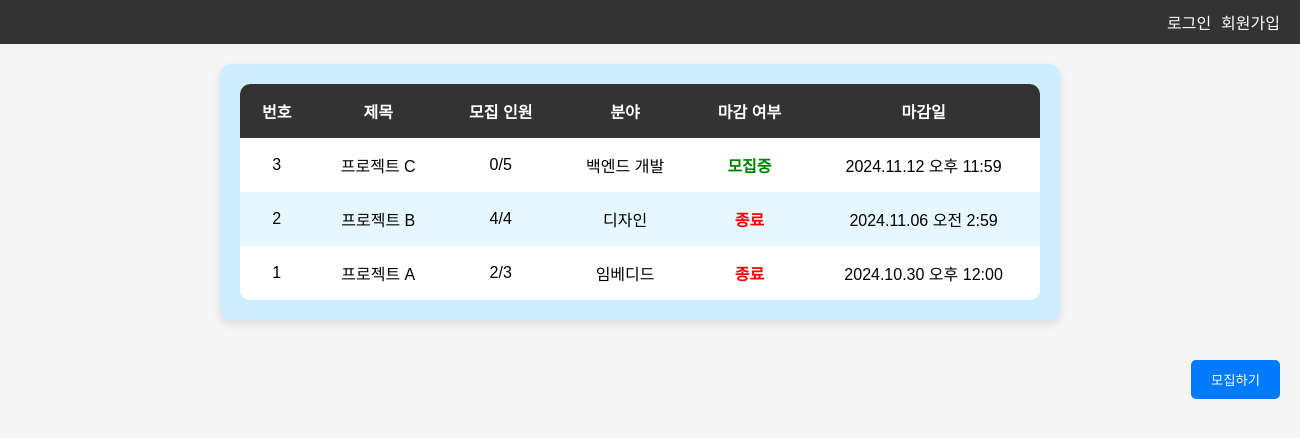
Repository: TUK-WEBSERIVCE/tuk-team-gem
Page: tuk-team-gem/src/main/webapp/main/mainPage.html
The author's editor kept a copy of each file at every save. The page is drawn from the files as they stood at one save, then again after the next save.
The browser window is 1280 px wide. The page is 1300 px wide, so the pictures cover 1300 px, including what lies to the right of the window. The pictures show the whole page.

Above is the page before, as saved 2024-11-13 12:54:46.

### tuk-team-gem/src/main/webapp/main/mainPage.html
<!DOCTYPE html>
<html lang="ko">
<head>
    <meta charset="UTF-8">
    <meta name="viewport" content="width=device-width, initial-scale=1.0">
    <title>모집 목록</title>
    <style>
        body {
            font-family: Arial, sans-serif;
            margin: 0;
            padding: 0;
            background-color: #f5f5f5;
            display: flex;
            flex-direction: column;
            align-items: center;
        }

        header {
            width: 100%;
            display: flex;
            justify-content: flex-end;
            padding: 10px 20px;
            background-color: #333;
            color: white;
        }

        header a {
            color: white;
            text-decoration: none;
            margin-left: 10px;
        }

        .container {
            background-color: #cceeff;
            width: 80%;
            max-width: 800px;
            margin: 20px auto;
            padding: 20px;
            border-radius: 10px;
            box-shadow: 0 4px 8px rgba(0, 0, 0, 0.1);
        }

        table {
            width: 100%;
            border-collapse: collapse;
            background-color: white;
            border-radius: 10px;
            overflow: hidden;
        }

        th, td {
            padding: 15px;
            text-align: center;
        }

        th {
            background-color: #333;
            color: white;
        }

        tr:nth-child(even) {
            background-color: #e6f7ff;
        }

        tr:nth-child(odd) {
            background-color: #ffffff;
        }

        .status-open {
            color: green;
            font-weight: bold;
        }

        .status-closed {
            color: red;
            font-weight: bold;
        }

        .button-container {
            width: 100%;
            display: flex;
            justify-content: flex-end;
            margin-top: 20px;
        }

        .button-container button {
            padding: 10px 20px;
            background-color: #007bff;
            color: white;
            border: none;
            border-radius: 5px;
            cursor: pointer;
        }

        .button-container button:hover {
            background-color: #0056b3;
        }
    </style>
</head>
<body>
    <header>
        <a href="#">로그인</a>
        <a href="#">회원가입</a>
    </header>

    <div class="container">
        <table>
            <thead>
                <tr>
                    <th>번호</th>
                    <th>제목</th>
                    <th>모집 인원</th>
                    <th>분야</th>
                    <th>마감 여부</th>
                    <th>마감일</th>
                </tr>
            </thead>
            <tbody>
                <tr>
                    <td>3</td>
                    <td>프로젝트 C</td>
                    <td>0/5</td>
                    <td>백엔드 개발</td>
                    <td class="status-open">모집중</td>
                    <td>2024.11.12 오후 11:59</td>
                </tr>
                <tr>
                    <td>2</td>
                    <td>프로젝트 B</td>
                    <td>4/4</td>
                    <td>디자인</td>
                    <td class="status-closed">종료</td>
                    <td>2024.11.06 오전 2:59</td>
                </tr>
                <tr>
                    <td>1</td>
                    <td>프로젝트 A</td>
                    <td>2/3</td>
                    <td>임베디드</td>
                    <td class="status-closed">종료</td>
                    <td>2024.10.30 오후 12:00</td>
                </tr>
            </tbody>
        </table>
    </div>

    <div class="button-container">
        <button>모집하기</button>
    </div>
</body>
</html>

After the next save:
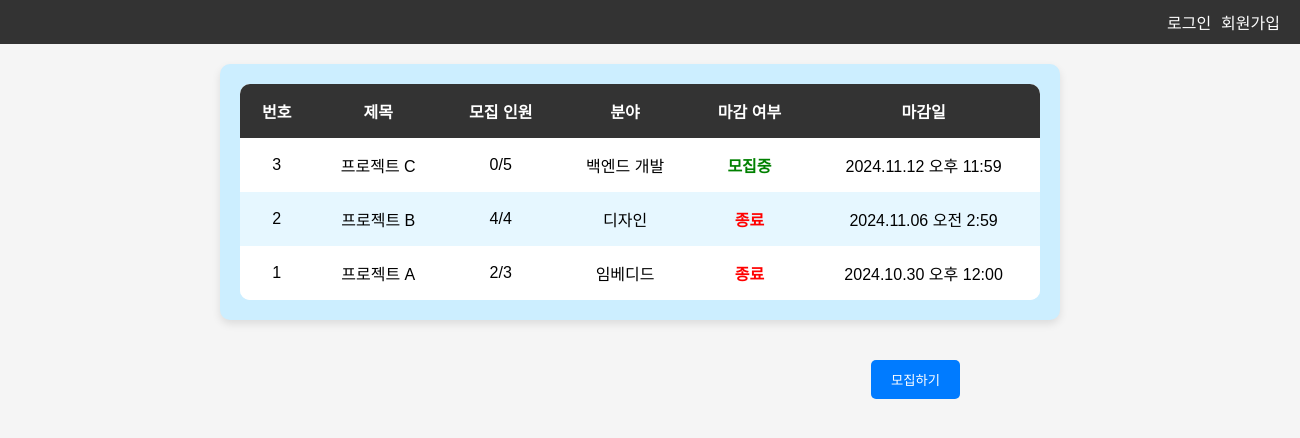
Saved 41 s later.
--- a/tuk-team-gem/src/main/webapp/main/mainPage.html
+++ b/tuk-team-gem/src/main/webapp/main/mainPage.html
@@ -81,6 +81,7 @@
             display: flex;
             justify-content: flex-end;
             margin-top: 20px;
+            margin-right: 50%;
         }
 
         .button-container button {

After the save that followed:
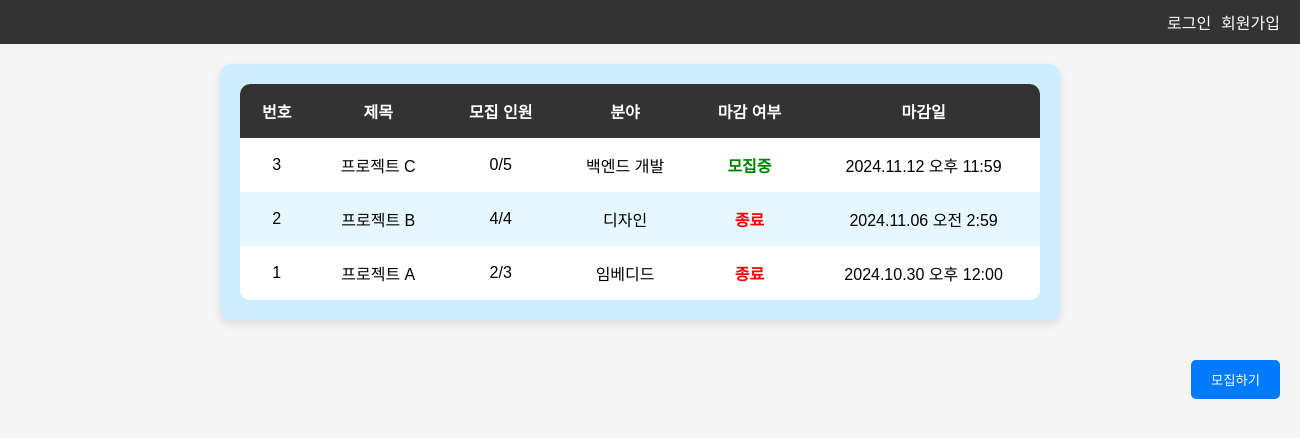
Saved 13 s later.
--- a/tuk-team-gem/src/main/webapp/main/mainPage.html
+++ b/tuk-team-gem/src/main/webapp/main/mainPage.html
@@ -81,7 +81,6 @@
             display: flex;
             justify-content: flex-end;
             margin-top: 20px;
-            margin-right: 50%;
         }
 
         .button-container button {
